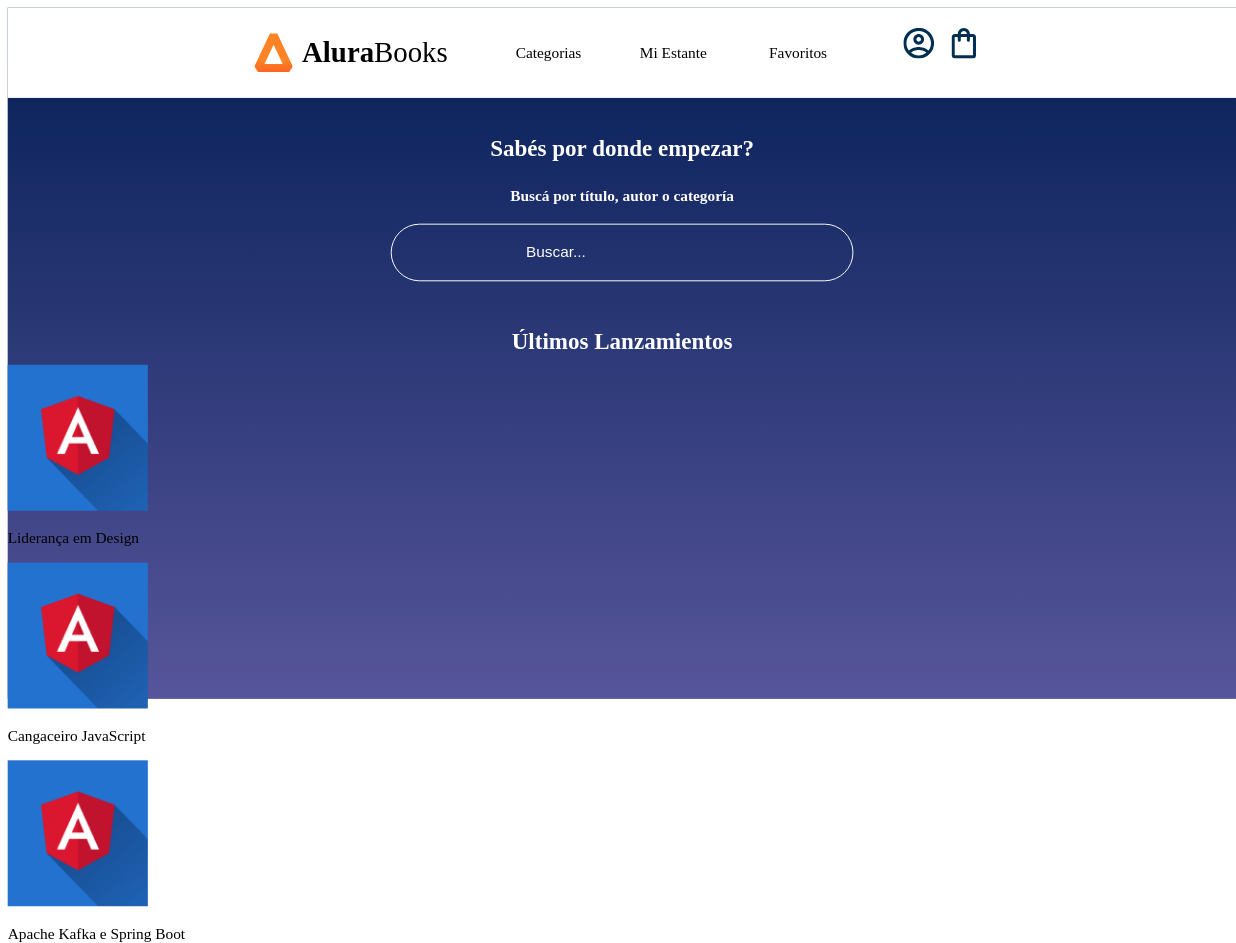
Repository: SandroG1977/Alura.Books
Page: /
The author's editor kept a copy of each file at every save. The page is drawn from the files as they stood at one save, then again after the next save.
The browser window is 1280 px wide. The page is 1288 px wide, so the pictures cover 1288 px, including what lies to the right of the window. The pictures show the whole page, at 96% of full size.
The project was rebuilt for these pictures with package versions that can differ from the ones it lists, and the page was loaded fresh each time.

Above is the page before, as saved 2026-04-09 17:14:13.

After the next save:
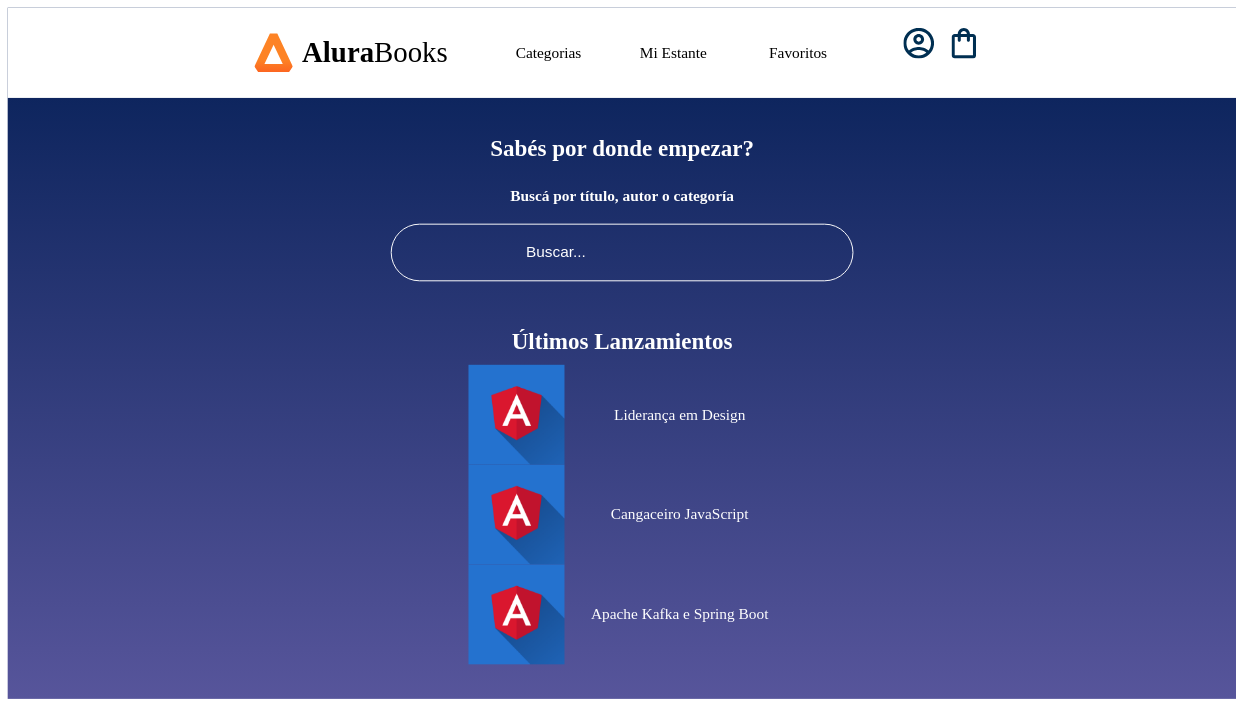
Saved 90 s later.
--- a/src/components/UltimoLanzamientos/index.js
+++ b/src/components/UltimoLanzamientos/index.js
@@ -15,6 +15,18 @@
     text-align: center;
 `;
 
+const LibroContainer = styled.div`
+    display: flex;
+    justify-content: center;
+    align-items: center;
+    gap: 20px;
+
+    img {
+        width: 100px;
+    }
+
+    p { width: 200px; text-align: center; color: #FFF; }
+`;
 
 function UltimosLanzamientos() {
     return (
@@ -23,10 +35,10 @@
             <div>
                 {livros.map(livro => {
                     return (
-                        <div key={livro.id}>
+                        <LibroContainer key={livro.id}>
                             <img src={livro.src} alt={livro.nome} />
                             <p>{livro.nome}</p>
-                        </div>
+                        </LibroContainer>
                     );
                 })}
             </div>
